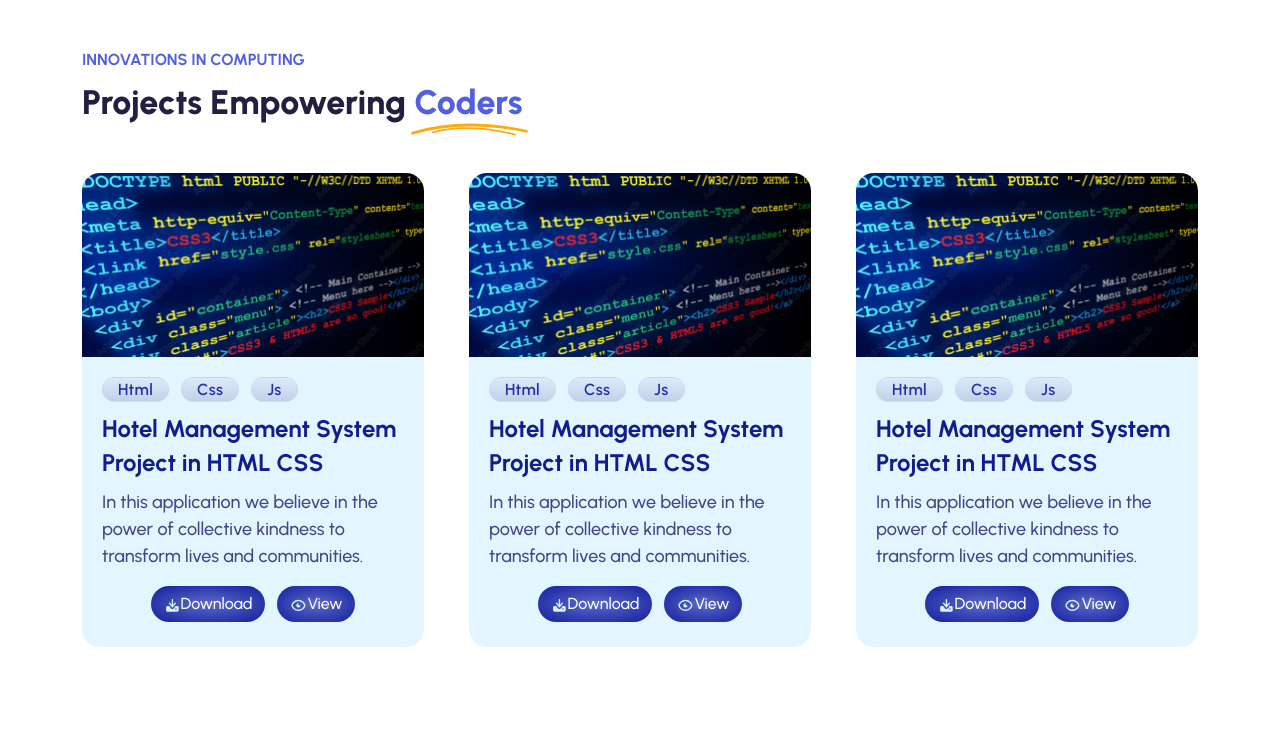
Repository: sharma171/jtccreativeideas
Page: /newsection (app in nextjssite/)
The author's editor kept a copy of each file at every save. The page is drawn from the files as they stood at one save, then again after the next save.
The browser window is 1280 px wide. The pictures show the whole page.
The project was rebuilt for these pictures with package versions that can differ from the ones it lists, and the page was loaded fresh each time. The framework's server and built-in components were replaced by stand-ins that run in the browser. Also part of the build but not shown: nextjssite/next.config.mjs.

Above is the page before, as saved 2024-03-28 16:28:57.

After the next save:
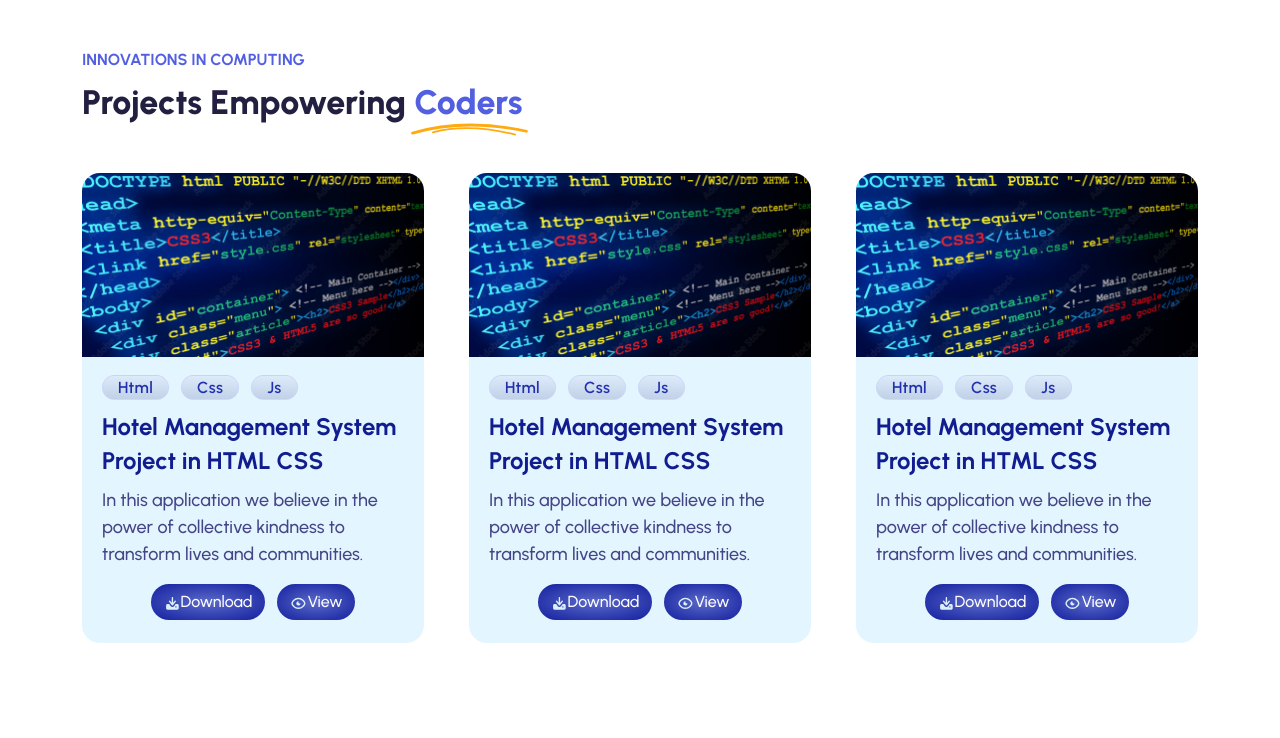
Saved 4 min 49 s later.
--- a/nextjssite/src/app/newsection/page.css
+++ b/nextjssite/src/app/newsection/page.css
@@ -59,7 +59,7 @@ section.projects {
     border-top-right-radius: 18px;
 }
 .project-cards li .card-inner .info {
-    padding: 20px 20px;
+    padding: 18px 20px;
     display: flex;
     flex-direction: column;
     gap: 10px;
